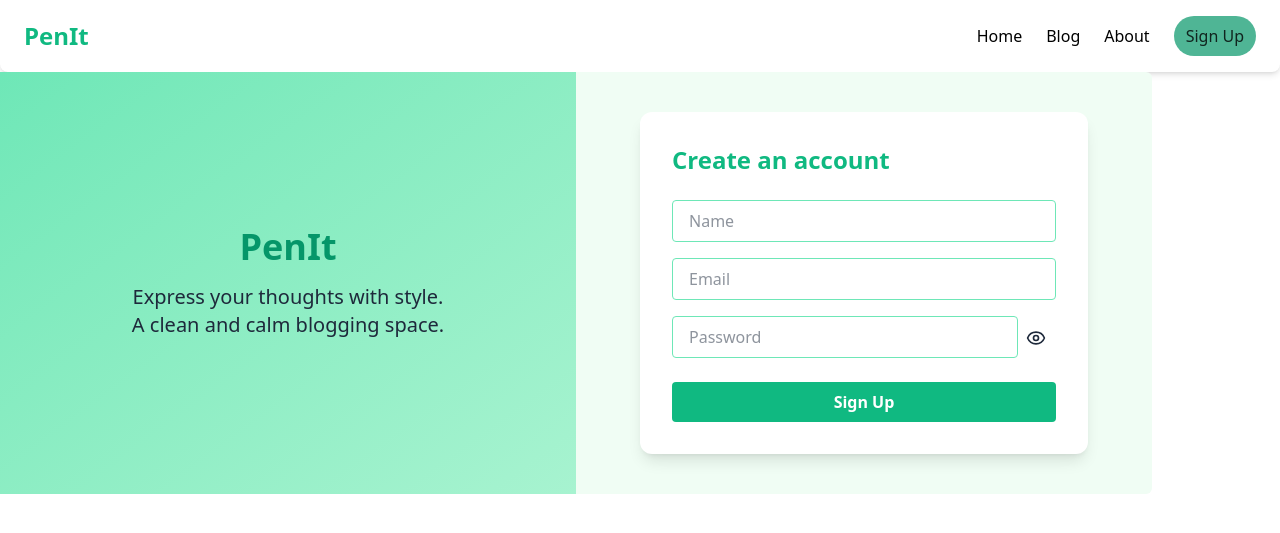
Repository: Mounika-chukkala/PenIt
Page: /signup (app in frontend/)
These files come from the project's save history. The page is drawn as it stood at one moment and after the next save; the edit follows.
The browser window is 1280 px wide. The pictures show the whole page.
The project was rebuilt for these pictures with package versions that can differ from the ones it lists, and the page was loaded fresh each time. Also part of the build but not shown: frontend/vite.config.js, frontend/src/Pages/Login.jsx, frontend/src/components/CreateBlog.jsx.

Above is the page before, as saved 2025-05-20 17:32:01.

### frontend/src/main.jsx
import { StrictMode } from 'react'
import { createRoot } from 'react-dom/client'
import './index.css'
import { Toaster } from 'react-hot-toast'
// import {BrowserRouter} from "react-router-dom"
import { BrowserRouter } from 'react-router-dom'
import App from './App.jsx'

createRoot(document.getElementById('root')).render(
  <StrictMode>
    <BrowserRouter>

    <App />
    </BrowserRouter>
  </StrictMode>,
)

### frontend/src/index.css
@import "tailwindcss";


/* :root {
  font-family: system-ui, Avenir, Helvetica, Arial, sans-serif;
  line-height: 1.5;
   font-weight: 400;

  color-scheme: light dark;
  color: rgba(255, 255, 255, 0.87);
  background-color: #242424;

  font-synthesis: none;
  text-rendering: optimizeLegibility;
  -webkit-font-smoothing: antialiased;
  -moz-osx-font-smoothing: grayscale;
}

a {
  font-weight: 500;
  color: #646cff;
  text-decoration: inherit;
}
a:hover {
  color: #535bf2;
}

body {
  margin: 0;
  display: flex;
  place-items: center;
  min-width: 320px;
  min-height: 100vh;
}

h1 {
  font-size: 3.2em;
  line-height: 1.1;
}

button {
  border-radius: 8px;
  border: 1px solid transparent;
  padding: 0.6em 1.2em;
  font-size: 1em;
  font-weight: 500;
  font-family: inherit;
  background-color: #1a1a1a;
  cursor: pointer;
  transition: border-color 0.25s;
}
button:hover {
  border-color: #646cff;
}
button:focus,
button:focus-visible {
  outline: 4px auto -webkit-focus-ring-color;
}

@media (prefers-color-scheme: light) {
  :root {
    color: #213547;
    background-color: #ffffff;
  }
  a:hover {
    color: #747bff;
  }
  button {
    background-color: #f9f9f9;
  }
} */

### frontend/src/App.jsx
import { useState } from 'react'
import { Route, Routes } from 'react-router-dom'
// import './App.css'
import Login from './Pages/Login'
import Signup from './Pages/Signup'
// import Navbar from './components/Navbar'
import Layout from "./Pages/Layout"
import CreateBlog from './components/CreateBlog'
function App() {

  return (
  <Routes>
    <Route  element={<Layout/>}>
        <Route path="/signin" element={<Login/>}></Route>
    <Route path="/signup" element={<Signup/>}></Route>
    <Route path="/create-blog" element={<CreateBlog/>}></Route>
    {/* <Route path="/search-blog" element={}></Route> */}
    {/* <Route path="*" element={}></Route> */}
    </Route>

  </Routes>
  )
}

export default App

### frontend/src/Pages/Signup.jsx
import { useState } from "react";
import { Eye,EyeOff } from "lucide-react";
import toast from "react-hot-toast";
function Signup() {
  const [userData, setUserData] = useState({
    name: "",
    email: "",
    password: "",
  });
const [isVisible,setVisible]=useState(false)
  async function handleSubmit() {
    let data = await fetch("http://localhost:3000/users", {
      method: "POST",
      body: JSON.stringify(userData),
      headers: {
        "Content-Type": "application/json",
      },
    });
    let res = await data.json();
    if(!res.success){
        toast.error(res.message);
    }
    else{
        toast.success(res.message);
        localStorage.setItem("User",JSON.stringify(res.user));
    }
  }

  return (
        <div className="max-h-screen max-w-[90%] rounded-md flex bg-[#F0FDF4] text-[#1E293B]">
      {/* Left side visual placeholder */}
      <div className="w-1/2 flex flex-col justify-center items-center p-10 bg-gradient-to-br from-[#6EE7B7] to-[#A7F3D0]">
        <h1 className="text-4xl font-bold text-[#059669] mb-4">PenIt</h1>
        <p className="text-xl text-[#1E293B] text-center">
          Express your thoughts with style.<br /> A clean and calm blogging space.
        </p>
      </div>

      {/* Right side sign up form */}
      <div className="w-1/2 flex justify-center items-center p-10">
        <div className="bg-white p-8 rounded-xl shadow-lg w-full max-w-md">
          <h2 className="text-2xl font-bold mb-6 text-[#10B981]">Create an account</h2>
          <input
            className="w-full mb-4 px-4 py-2 border border-[#6EE7B7] rounded focus:outline-none focus:ring-2 focus:ring-[#10B981]"
            type="text"
            placeholder="Name"
            onChange={(e) => setUserData({ ...userData, name: e.target.value })}
          />
          <input
            className="w-full mb-4 px-4 py-2 border border-[#6EE7B7] rounded focus:outline-none focus:ring-2 focus:ring-[#10B981]"
            type="email"
            placeholder="Email"
            onChange={(e) => setUserData({ ...userData, email: e.target.value })}
          />
          {/* <input
            className="w-full mb-6 px-4 py-2 border border-[#6EE7B7] rounded focus:outline-none focus:ring-2 focus:ring-[#10B981]"
            type="password"
            placeholder="Password"
            onChange={(e) => setUserData({ ...userData, password: e.target.value })}
          /> */}

                            <div className="w-full flex gap-2">
                       <input
                        className="w-[90%] mb-6 px-4 py-2 border border-[#6EE7B7] rounded focus:outline-none focus:ring-2 focus:ring-[#10B981]"
                        type={isVisible?"text":"password" }
                        placeholder="Password"
                        onChange={(e) => setUserData({ ...userData, password: e.target.value })}
                      />
                       <div  className="pt-3" onClick={()=>setVisible(!isVisible)}>
             {isVisible ? <EyeOff size={20} /> : <Eye size={20} />}
                       </div>
                       </div>
          <button
            onClick={handleSubmit}
            className="w-full bg-[#10B981] hover:bg-[#059669] text-white py-2 rounded font-semibold transition duration-200"
          >
            Sign Up
          </button>
        </div>
      </div>
    </div>

  );
}

export default Signup;

### frontend/src/Pages/Layout.jsx
import { Outlet } from 'react-router-dom'
import Navbar from '../components/Navbar'

export default function Layout() {
  return (
    <>
      <Navbar />
      <Outlet />
    </>
  )
}

### frontend/src/components/Navbar.jsx
import React from "react";
import { Link } from "react-router-dom";

export default function Navbar() {
  return (
    <nav className="bg-white shadow-md px-6 py-4 flex justify-between items-center rounded-b-lg">
      <h1 className="text-2xl font-bold text-[#10B981]">PenIt</h1>
      <ul className="flex space-x-6 font-medium">
        <li className="hover:text-[#059669] pt-2 cursor-pointer">Home</li>
        <li className="hover:text-[#059669] pt-2 cursor-pointer">Blog</li>
        <li className="hover:text-[#059669] pt-2 cursor-pointer">About</li>
        {/* <li className="hover:text-[#059669] cursor-pointer">Contact</li> */}
        <Link to="/signup">
        <li className="bg-[#059669]/70 rounded-3xl px-3 py-2 text-black/80 transform hover:scale-120 transition duration-300 ease-in-out  hover:text-white cursor-pointer">Sign Up</li>
        </Link>

      </ul>
    </nav>
  );
}

Loaded but not shown: frontend/index.html (common file)

After the next save:
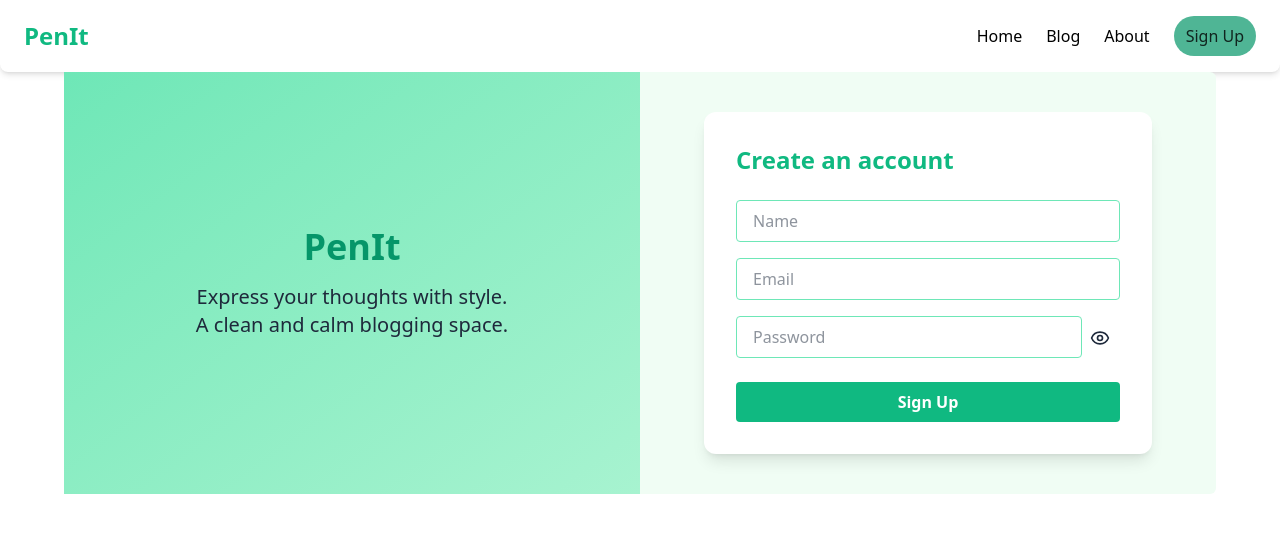
Saved 12 s later.
--- a/frontend/src/Pages/Signup.jsx
+++ b/frontend/src/Pages/Signup.jsx
@@ -27,7 +27,7 @@ const [isVisible,setVisible]=useState(false)
   }
 
   return (
-        <div className="max-h-screen max-w-[90%] rounded-md flex bg-[#F0FDF4] text-[#1E293B]">
+        <div className="max-h-screen max-w-[90%] rounded-md m-auto flex bg-[#F0FDF4] text-[#1E293B]">
       {/* Left side visual placeholder */}
       <div className="w-1/2 flex flex-col justify-center items-center p-10 bg-gradient-to-br from-[#6EE7B7] to-[#A7F3D0]">
         <h1 className="text-4xl font-bold text-[#059669] mb-4">PenIt</h1>
